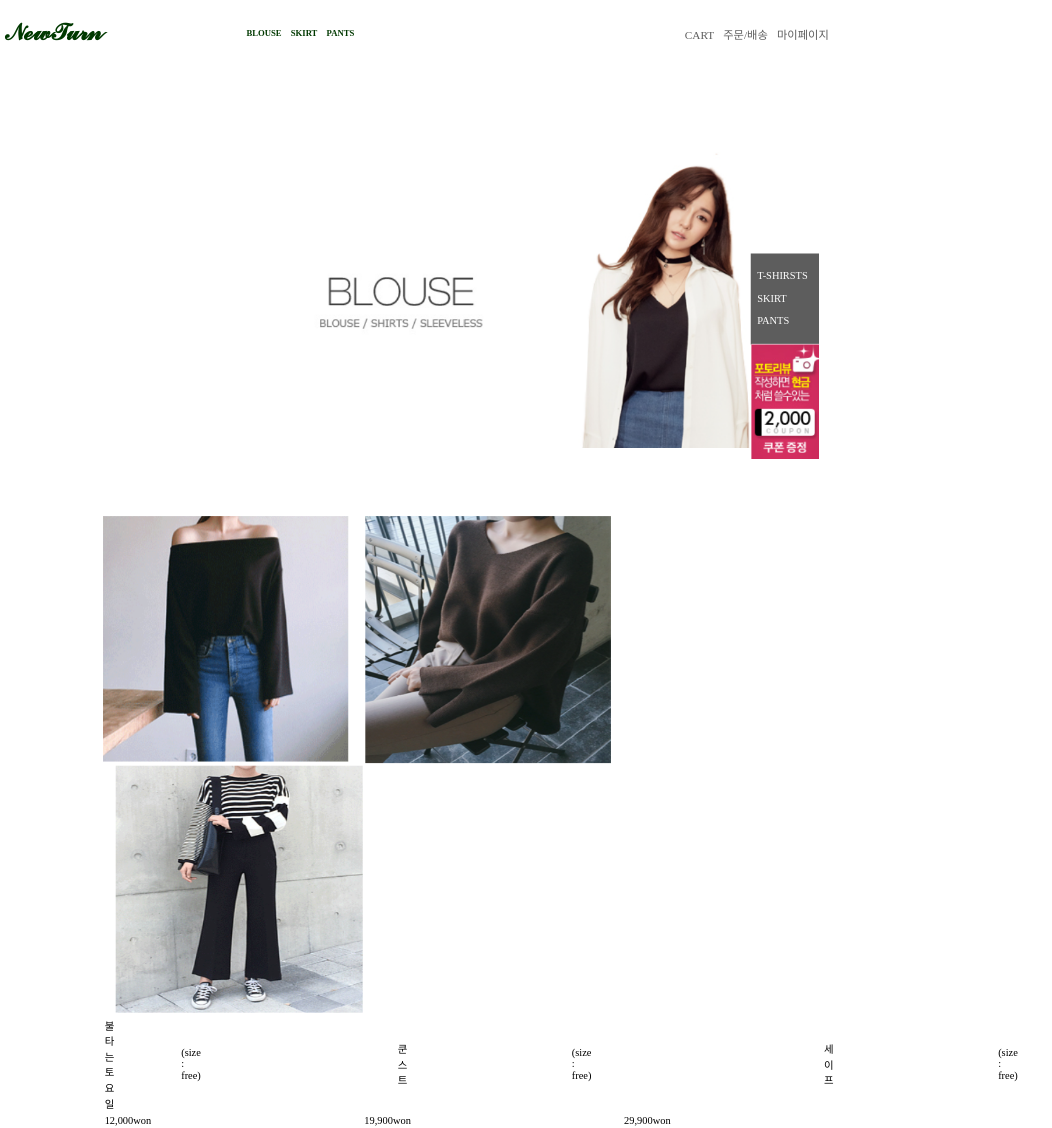
Repository: won0108/Port-Folio
Page: Creating_Homepage/Shopping/WebContent/top.html
An editor plug-in stored every save of this project. The page is shown before and after the next save, followed by the edit.
The browser window is 1280 px wide. The page is 1569 px wide, then 1619 px, so the pictures cover 1619 px, including what lies to the right of the window. The pictures show the whole page, at 65% of full size.

Above is the page before, as saved 2020-12-03 08:02:10.

After the next save:
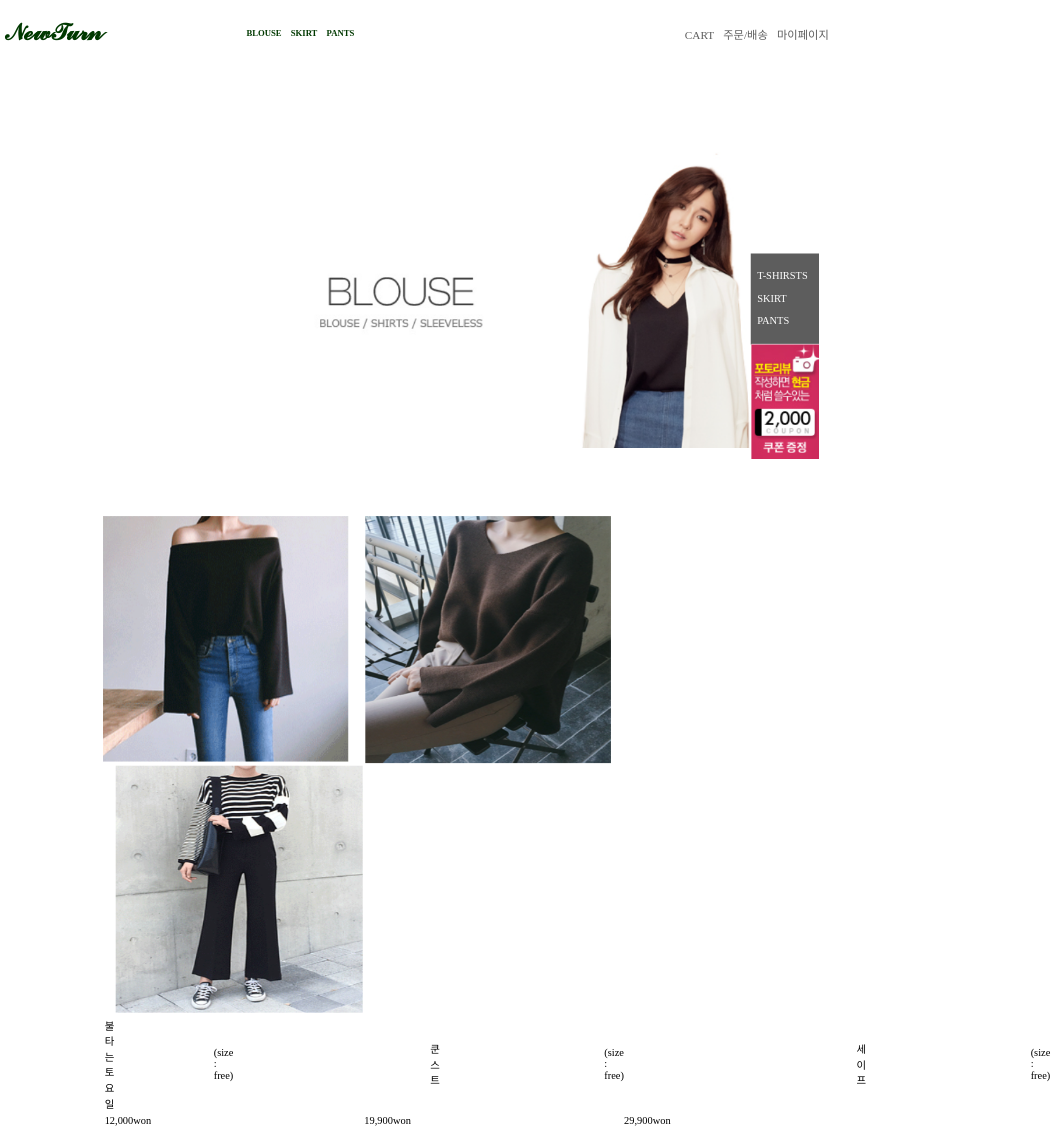
Saved 7 s later.
--- a/Creating_Homepage/Shopping/WebContent/top.html
+++ b/Creating_Homepage/Shopping/WebContent/top.html
@@ -78,7 +78,7 @@
 			<table>
 				<tr>
 					<td>불타는 토요일</td>
-					<td style="padding-left:100px;">(size : free)</td>
+					<td style="padding-left:150px;">(size : free)</td>
 					<td style="padding-left: 300px;">쿤스트</td>
 					<td style="padding-left:250px;">(size : free)</td>
 					<td style="padding-left: 355px;">세이프</td>
